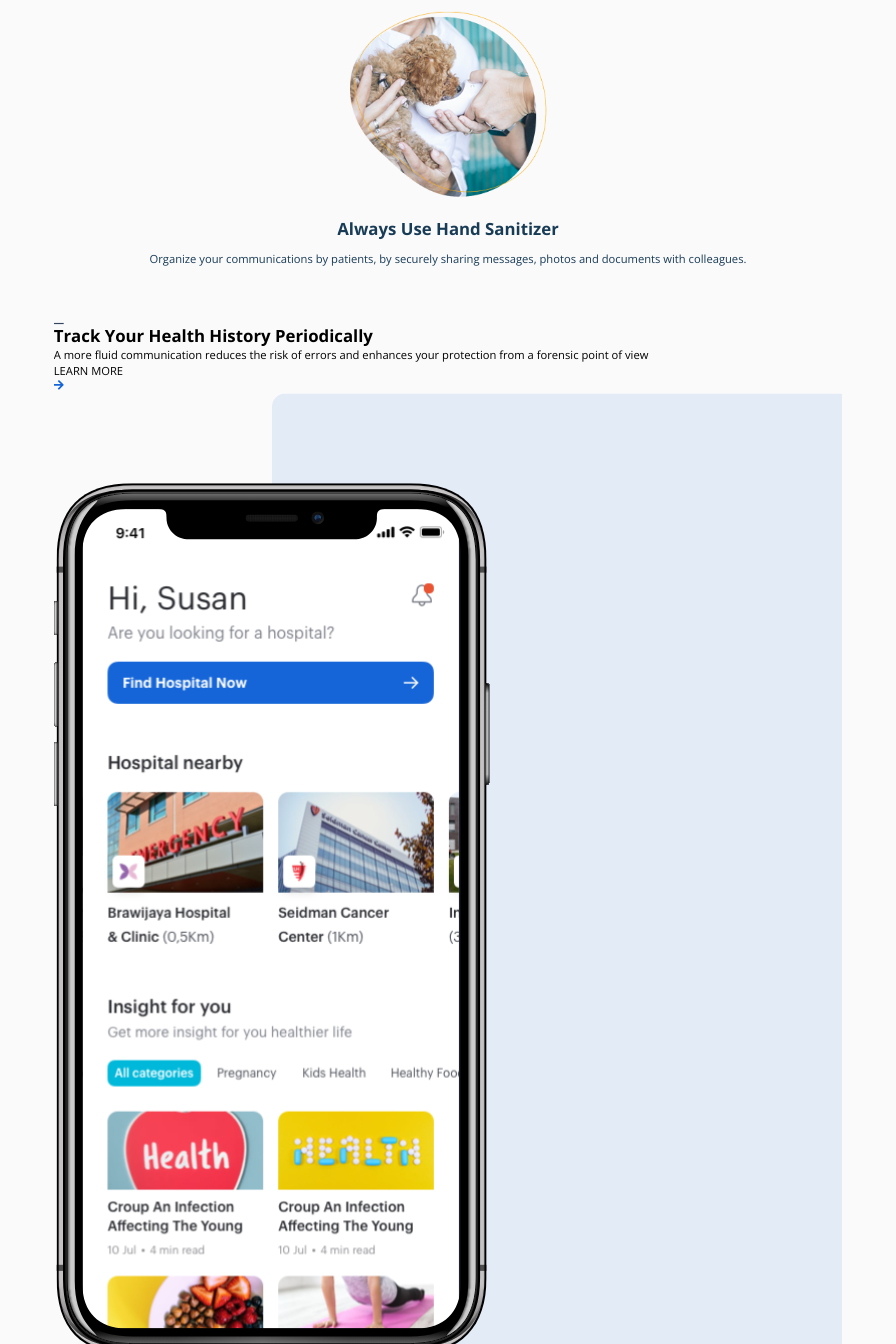
Repository: Esttevo/prova-html-css
Page: index.html
These files come from the project's save history. The page is drawn as it stood at one moment and after a run of saves; the edit follows.
The browser window is 1280 px wide. The pictures show the part of the page from y = 4580 to 6500 px (the page is 8392 px tall before and 7162 px after), at 70% of full size.
A picture or video elsewhere on the page could not be fetched, so the positions and the page height are approximate.

Above is the page before, as saved 2026-09-01 15:03:39.

### index.html
<!DOCTYPE html>
<html lang="en">
<head>
    <meta charset="UTF-8">
    <meta name="viewport" content="width=device-width, initial-scale=1.0">
    <title>Document</title>
    <link rel="stylesheet" href="style.css">
</head>
<body>
    <header>
        <img id="header-logo" src="img/icons/Logo.svg" alt="Logo escrita EHYA">

        <nav id="header-nav">
            <a class="no-chevron" href="#">Home</a>
            <a class="with-chevron" href="#">
                Landings
                <img src="img/icons/icon-chevron-down.svg" alt="indica que possui uma lista ao clicar">
            </a>
            <a class="with-chevron" href="#">
                Pages
                <img src="img/icons/icon-chevron-down.svg" alt="indica que possui uma lista ao clicar">
            </a>
            <a href="#">Docs</a>
            <a href="#">Help</a>
            <button>Get it now</button>
        </nav>

        <img src="img/icons/icon-menu-hamburger.svg" alt="Menu hamburger">
    </header>

    <main>
        <section id="section-hero">
            <div id="hero-text">
                <div id="bar-text">
                    <div class="stylization-bar"> a</div>

                    <h4>
                        Changing the way you
                        go to healthcare
                    </h4>
                </div>

                <h1>
                    Primary Care
                    Designed for
                    Real Life
                </h1>

                <p>
                Discuss patients, share notes and documents in a secure manner and be part of a network of health professionals ready to
                collaborate better.
                </p>

                <form id="form-hero" action="#">
                    <input id="text-write" type="text" placeholder="name@youremail.com">
                    <input id="button" type="submit" value="Subscribe">
                </form>
            </div>
            <img src="img/image-hero.png" alt="4 medicos sorrindo e uma medica sobrepondo os 4">
        </section>

        <section id="section-connect">
            <div id="connect-title-subtitle">
                <h2>
                    Connect easily. Collaborate efficiently.
                </h2>

                 <p>
                    Rather than do things the
                    ypical way, we’ve created
                    a membership-based primary
                    care practice truly designed
                    around your needs.
                </p>
            </div>

           <img src="img/Dashboard.svg" alt="dashboard de exemplo de um sistema de agendamento">

           <div id="cards-advantages">
                <div id="card-advantages-doctor">
                     <h2>01</h2>
                     <h3>For Doctor</h3>
                     <p>
                         You get an in-house
                         team to guide and advocate
                         for you through questions
                     </p>
                </div>

                <div id="card-advantages-patient">
                     <h2>02</h2>
                     <h3>For Patient</h3>
                     <p>
                         You get an in-house
                         team to guide and advocate
                         for you through questions
                     </p>
                </div>

                <div id="card-advantages-clinician">
                     <h2>03</h2>
                     <h3>For Clinician</h3>
                     <p>
                         You get an in-house
                         team to guide and advocate
                         for you through questions
                     </p>
                </div>
            </div>
        </section>

        <section id="section-protect">
            <h2>
                Protect yourself and your family first.
            </h2>

            <div id="protect-content-tips">
                <div class="content-tips-card">
                    <img src="img/icons/icon-house.svg" alt="">

                    <h3>
                        Stay at Home first
                    </h3>

                    <p>
                        Our technology makes
                        it practically impossible
                        for any patient data breach to occur
                    </p>
                </div>

                <div class="content-tips-card">
                    <img src="img/icons/icon-hand.svg" alt="">

                    <h3>
                        Wash Your Hands Periodically
                    </h3>

                    <p>
                        You can talk freely and confidently
                        about patients with other health professionals
                         treating them
                    </p>
                </div>

                <div class="content-tips-card">
                    <img src="img/icons/icon-remedy.svg" alt="">

                    <h3>
                        Consume more Vitamin C
                    </h3>

                    <p>
                        A more fluid communication reduces
                        the risk of errors and enhances your
                        protection from a forensic point of view
                    </p>
                </div>

                <div class="content-tips-card">
                    <img src="img/icons/icon-medicament.svg" alt="">

                    <h3>
                        Always Use Hand Sanitizer
                    </h3>

                    <p>
                        Organize your communications
                        by patients, by securely sharing
                        messages, photos and documents
                        with colleagues.
                    </p>
                </div>
            </div>
        </section>

        <section id="section-modern">
            <h2>
                Modern clinics.
                Smart, hassle
                -free care.
            </h2>

            <div id="modern-cards-content">
                <div class="modern-content-img-text">
                    <img src="img/image-medic.svg" alt="equipamentos de medico">
                    <h3>
                        Consume more Vitamin C
                    </h3>

                    <p>
                        A more fluid communication reduces
                        the risk of errors and enhances your
                        protection from a forensic point of view
                    </p>
                </div>

                <div class="modern-content-img-text">
                    <img src="img/image-kid-dad.png" alt="cachorro tomando agua no colo">
                    <h3>
                        Stay at Home first
                    </h3>

                    <p>
                        Our technology makes
                        it practically impossible
                        for any patient data breach to occur
                    </p>
                </div>

                <div class="modern-content-img-text">
                    <img src="img/image-kid.png" alt="Criança caminhando de mão dada">
                    <h3>
                        Wash Your Hands Periodically
                    </h3>

                    <p>
                        You can talk freely and confidently
                        about patients with other health professionals
                         treating them
                    </p>
                </div>

                <div class="modern-content-img-text">
                    <img src="img/image-dog.png" alt="cachorro tomando agua no colo">
                    <h3>
                        Always Use Hand Sanitizer
                    </h3>

                    <p>
                        Organize your communications
                        by patients, by securely sharing
                        messages, photos and documents
                        with colleagues.
                    </p>
                </div>
            </div>
        </section>

        <section id="section-health">
            <div class="health-content-text">
                <div class="stylization-bar"></div>

                <h2>
                     Track Your Health
                     History Periodically
                </h2>

                <p>
                 A more fluid communication reduces
                 the risk of errors and enhances your
                 protection from a forensic
                 point of view
                </p>

                <div id="learn-more">
                     <p>LEARN MORE</p>
                     <img src="img/icons/icon-arrow-right.svg" alt="seta para a direita, clique para ler mais">
                </div>
            </div>

           <img id="image-mobile" src="img/image-health-mobile.svg" alt="iphone em um site de localização de hospitais com mapa e busca">
            <img id="image-desktop" src="img/image-health-desktop.svg" alt="iphone em um site de localização de hospitais com mapa e busca">
           <div id="count-pages">
                <p>1/4 screen</p>

                <div id="img-arrow">
                    <img src="img/icons/icon-button-left.svg" alt="botão para tela da esquerda">
                    <img src="img/icons/icon-button-right.svg" alt="botão para tela da direita">
                </div>
           </div>
        </section>

        <section id="section-resources">
            <article class="selected-resources-card">
                <img src="img/icons/icon-docs.png" alt="simbolo de documento">

                <h3>Stay at Home first</h3>

                <p>
                    A more fluid communication
                    reduces the risk of errors.
                </p>

                <a href="#">
                    READ ARTICLE
                </a>
            </article>

            <article class="resources-card">
                <img src="img/icons/icon-docs.png" alt="simbolo de documento">

                <h3>
                    Wash Your Hands
                </h3>

                <p>
                    A more fluid communication
                    reduces the risk of errors.
                </p>

                <a href="#">
                    READ ARTICLE
                </a>
            </article>

            <article class="resources-card">
                <img src="img/icons/icon-docs.png" alt="simbolo de documento">

                <h3>Use Hand Sanitizer</h3>

                <p>
                    A more fluid communication
                    reduces the risk of errors.
                </p>

                <a href="#">
                    READ ARTICLE
                </a>
            </article>

            <article class="resources-card">
                <img src="img/icons/icon-docs.png" alt="simbolo de documento">

                <h3>Consume Vitamin C</h3>

                <p>
                    A more fluid communication
                    reduces the risk of errors.
                </p>

                <a href="#">
                    READ ARTICLE
                </a>
            </article>
        </section>

        <section id="section-updates">
            <h2>be the first to know our updates</h2>

            <form action="#">
                <input  type="text" id="name" name="name" placeholder="&#xF007; Teste">
                <input  type="text" id="name" name="name" placeholder="&#xF007; Teste">
                <input type="submit" value="Subscribe Us">
            </form>
        </section>
    </main>

    <footer id="footer">
        <div id="footer-content-nav">
            <nav class="nav-footer">
                <a class="nav-title" href="#">Product</a>
                <a class="nav-item" href="#">Landingpage</a>
                <a class="nav-item" href="#">Features</a>
                <a class="nav-item" href="#">Documentation</a>
                <a class="nav-item" href="#">Referral Program</a>
                <a class="nav-item" href="#">Pricing</a>
            </nav>

            <nav class="nav-footer">
                <a class="nav-title" href="#">Services</a>
                <a class="nav-item" href="#">Documentation</a>
                <a class="nav-item" href="#">Design</a>
                <a class="nav-item" href="#">Themes</a>
                <a class="nav-item" href="#">Illustrations</a>
                <a class="nav-item" href="#">UI Kit</a>
            </nav>

            <nav class="nav-footer">
                <a class="nav-title" href="#">Company</a>
                <a class="nav-item" href="#">About</a>
                <a class="nav-item" href="#">Terms</a>
                <a class="nav-item" href="#">Privacy Policy</a>
                <a class="nav-item" href="#">Careers</a>
            </nav>

            <nav class="nav-footer">
                <a class="nav-title" href="#">More</a>
                <a class="nav-item" href="#">Documentation</a>
                <a class="nav-item" href="#">License</a>
                <a class="nav-item" href="#">Changelog</a>
            </nav>
        </div>

        <img src="img/icons/Logo.svg" alt="simbolo de logo">

        <p>Build a modern and creative website with crealand</p>

        <div id="icons-footer">
            <a href="#"><img src="img/icons/Icon-google.svg" alt="icone redirecionamento google"></a>
            <a href="#"><img src="img/icons/icon-twitter.svg" alt="icone redirecionamento email"></a>
            <a href="#"><img src="img/icons/icon-instagram.svg" alt="icone redirecionamento instagram"></a>
            <a href="#"><img src="img/icons/icon-linkedin.svg" alt="icone redirecionamento linkedIn"></a>
        </div>
    </footer>
</body>
</html>

### style.css
@import url('https://fonts.googleapis.com/css2?family=Inter:ital,opsz,wght@0,14..32,100..900;1,14..32,100..900&display=swap');
@import url('https://fonts.googleapis.com/css2?family=Inter:ital,opsz,wght@0,14..32,100..900;1,14..32,100..900&family=Open+Sans:ital,wght@0,300..800;1,300..800&display=swap');

:root {
    --primary-background-color: #FAFAFA;
    --secundary-background-color: #FFFFFF;

    --primary-color: #1565D8;

    --primary-title-font-color: #183B56;

    --primary-subtitle-font-color: #5A7184;

    --primary-font-family: "Open Sans", sans-serif;
    --secundary-font-family: "Inter", sans-serif;

    --color-spacing: #E3E7ED;
}

* {
    margin: 0;
    padding: 0;
    text-decoration: none;
    box-sizing: border-box;
    overflow-x: hidden;
}

body {
    font-family: var(--primary-font-family);
    background-color: var(--primary-background-color);
}

header {
    display: flex;
    justify-content: space-between;
    padding: 1.2rem 1.5rem;

}

#header-nav {
    display: none;
}

#bar-text {
    display: flex;
    flex-direction: column;
    align-items: center;
    gap: 1rem;
    padding: 1.2rem 3rem;
}

.stylization-bar {
    background-color: #344563;;
    width: 14px;
    height: 2px;
}

#bar-text h4 {
    font-size: clamp(14px, 1vw, 30px);
    text-align: center;
    line-height: 150%;
    color: var(--primary-title-font-color);
}

#section-hero {
    display: flex;
    flex-direction: column;
    padding: 0 clamp(1.25rem, 6vw, 9rem);
}

#section-hero h1 {
    color: var(--primary-title-font-color);
    text-align: center;
    line-height: 125%;
    font-weight: 700;
    letter-spacing: 0.2;
    font-family: var(--secundary-font-family);
    padding: 0 1rem;
    font-size: clamp(32px, 5vw, 56px);
}

#section-hero p {
    color: var(--primary-subtitle-font-color);
    text-align: center;
    font-size: 1rem;
    padding-top: 1rem;
    line-height: 175%;
}

#section-hero form {
    display: flex;
    flex-direction: column;
    width: clamp(280px, 100%, 400px);
    padding: 2rem 0;
    justify-self: center;
}

#section-hero #text-write {
    height: 3.8rem;
    border: none;
    border-radius: 0.5rem;
    padding: 1rem;
    font-family: var(--primary-font-family);
}

#section-hero #button {
    background-color: var(--primary-color);
    border: none;
    font-size: var(--primary-font-family);
    color: #FFFFFF;
    border-radius: 0.5rem;
    padding: 0.5rem 0;
    height: 2.5rem;
}

#section-hero img {
    width: clamp(280px, 100%, 540px);
    align-self: center;
    padding-bottom: 3rem;
}

#section-connect {
    display: flex;
    flex-direction: column;
    padding: 0 clamp(1.25rem, 6vw, 9rem);

}

#connect-title-subtitle h2{
    border-top: 1px solid var(--color-spacing);
    color: var(--primary-title-font-color);
    text-align: center;
    padding: 1rem;
    padding-top: 3.7rem;
    line-height: 125%;
    font-family: var(--secundary-font-family);
}

#connect-title-subtitle p {
    color: var(--primary-subtitle-font-color);
    text-align: center;
    line-height: 175%;
    padding-bottom: 0.5rem;
}

#section-connect img {
    width: 438px;
    /* fica certo aos 498, nsei como fazer ainda*/
}

#cards-advantages {
    display: flex;
    flex-direction: column;
    padding-bottom: 3.7rem;
    border-bottom: 1px solid var(--color-spacing);
}

#first-card-advantages {
    display: flex;
    flex-direction: column;
    background-color: var(--secundary-background-color);
    padding: 1rem 1.5rem 1rem 1.5rem;
    border: 1px solid #F8F9FA;
    border-radius: 8px;

}

#first-card-advantages h2 {
    color: var(--primary-color);
    font-size: clamp(24px, 3vw, 48px);
    padding-bottom: 0.8rem;
}

#first-card-advantages h3 {
    font-family: var(--secundary-font-family);
    color: var(--primary-title-font-color);
    padding-bottom: 0.5rem;
}

#first-card-advantages p {
    color: var(--primary-subtitle-font-color);
}

#second-card-advantages {
    display: none;
}

#third-card-advantages {
    display: none;
}

#section-protect {
    display: flex;
    flex-direction: column;
    align-content: center;
    padding: 0 clamp(1.25rem, 6vw, 9rem);

}

#section-protect h2  {
    font-family: var(--secundary-font-family);
    font-size: clamp(24px, 3vw, 48px);
    color: var(--primary-title-font-color);
    padding-bottom: 2rem;
    padding-top: 4rem;
    text-align: center;
    letter-spacing: 0.2;
    font-weight: 700;
}

#protect-content-tips {
    display: flex;
    flex-direction: column;
}

.content-tips-card {
    display: flex;
    flex-direction: column;
    align-items: center;
    padding-bottom: 5rem;
}

.content-tips-card img {
    width: clamp(82px, 9vw, 130px);
    align-self: center;
    margin: 2rem;
}

.content-tips-card h3 {
    font-family: var(--secundary-font-family);
    font-size: clamp(16px, 3vw, 20px);
}
.content-tips-card p {
    color: var(--primary-subtitle-font-color);
    text-align: center;
    padding-top: 0.6rem;
    line-height: 170%;
}

#section-modern {
    display: flex;
    flex-direction: column;
    padding: 0 clamp(1.25rem, 6vw, 9rem);
    margin-bottom: 4.8rem;
}

#section-modern h2 {
    color: var(--primary-title-font-color);
    padding-left: 1rem;
    padding-right: 1rem;
    padding-top: 4.5rem;
    border-top: 1px solid var(--color-spacing);
    font-size: clamp(28px, 5vw, 48px);
    text-align: center;
    line-height: 130%;
}

.modern-content-img-text {
    display: flex;
    flex-direction: column;
    justify-content: center;
    align-items: center;

    padding-top: 3.5rem;
}

.modern-content-img-text h3 {
    color: var(--primary-title-font-color);
    padding-top: 1.8rem;
    padding-bottom: 14px;
    font-size: clamp(22px, 2vw, 24px);
}

.modern-content-img-text p {
    color: var(--primary-title-font-color);
   font-size: clamp(14px, 2vw, 16px);
    line-height: 170%;
    text-align: center;
}

#section-health {
    display: flex;
    flex-direction: column;
    padding: 0 clamp(1.25rem, 6vw, 9rem);
    align-content: center;
}

After the next 2 saves:
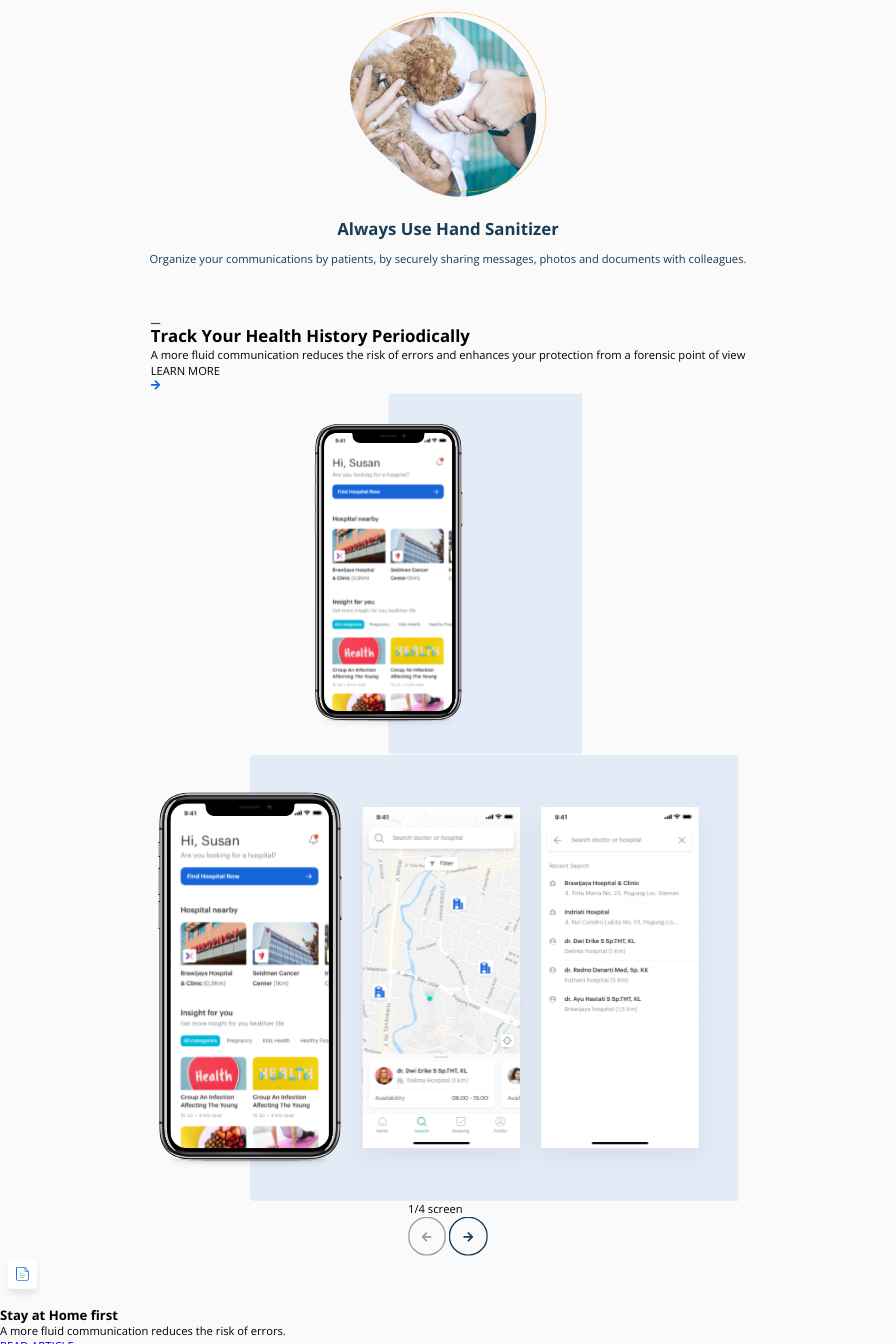
The 2 saves are shown as one change because they came seconds apart.
The last was saved 13 s later.
--- a/style.css
+++ b/style.css
@@ -282,5 +282,5 @@
     display: flex;
     flex-direction: column;
     padding: 0 clamp(1.25rem, 6vw, 9rem);
-    align-content: center;
-}
+    align-items: center;
+}

After the save that followed:
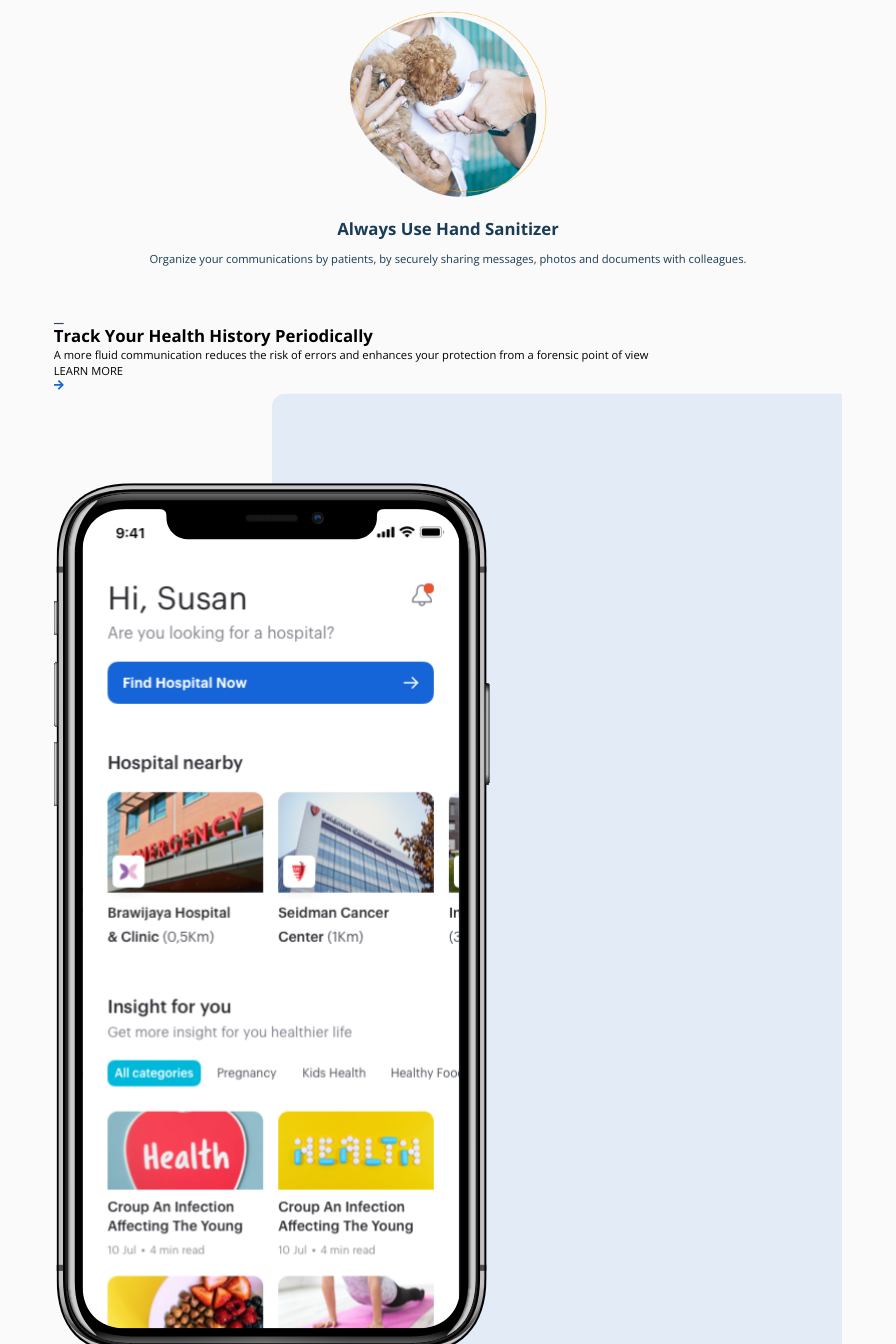
Saved 29 s later.
--- a/style.css
+++ b/style.css
@@ -282,5 +282,5 @@
     display: flex;
     flex-direction: column;
     padding: 0 clamp(1.25rem, 6vw, 9rem);
-    align-items: center;
-}
+    align-content: center;
+}
